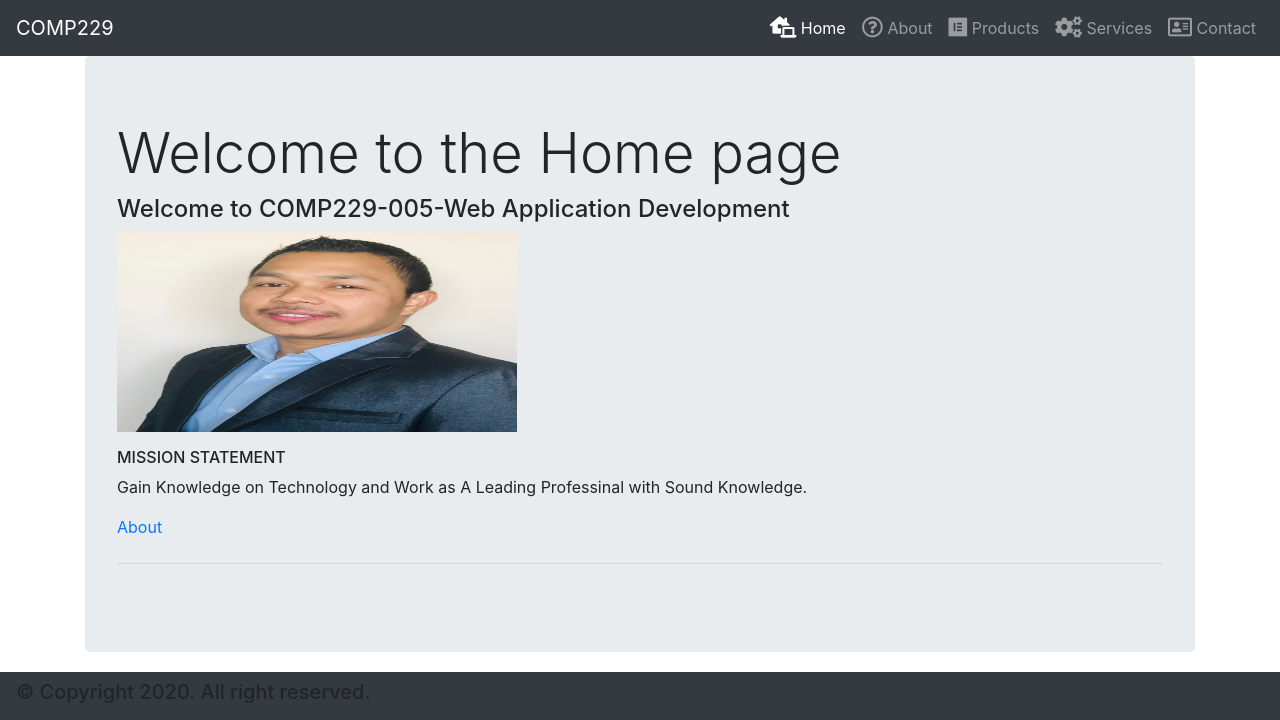
Repository: laxmangothe2020/COMP229Assignment
Page: http://localhost/
These files come from the project's save history. The page is drawn as it stood at one moment and after the next save; the edit follows.
The browser window is 1280 px wide. The pictures show the whole page.
The page is served by the project's Node server (server.js). Other server files are loaded and not shown.

Above is the page before, as saved 2021-02-11 00:47:37.

### views/index.ejs

<%- include partials/header.ejs %>

   <%- include partials/main_nav.ejs %>

      <!-- Main Contain -->
   <main class="container">
    <div class="jumbotron">
    <h1 class="display-4"> Welcome to the <%= title %> page </h1>
    <!--Using Switch case all infornation passed through here-->
      <% switch (title) {
        case 'Home' : %>
        <%- include partials/home.ejs %>
                <% break;

        case 'About' : %>
        <%- include partials/about.ejs %>
                <% break;

        case 'Products' : %>
        <%- include partials/products.ejs %>
                <% break;

        case 'Services' : %>
        <%- include partials/services.ejs %>
                <% break;

        case 'Contact' : %>
        <%- include partials/contact.ejs %>
              <% break;
       } %>
      <hr class="my-4">
    </div>
  </main>

   <%- include partials/bottom_nav.ejs %>


    <%- include partials/footer.ejs %>

### views/partials/header.ejs

<!DOCTYPE html>
<html lang="en">
  <head>
   <meta charset="UTF-8">
   <meta name="viewport" content="with=device-width, initial-scale=1.0">
    <title><%= title %></title>

  <!-- CSS Section-->
  <link rel="stylesheet" href="/bootstrap/dist/css/bootstrap.min.css">
  <link rel="stylesheet" href="/@fortawesome/fontawesome-free/css/all.min.css">
  <link rel='stylesheet' href='/Content/app.css'/>

</head>
<body>

### views/partials/main_nav.ejs
<!-- Main Navigation -->
   <nav class="navbar navbar-expand-lg navbar-dark bg-dark">
      <a class="navbar-brand" href="/">COMP229</a>
      <button class="navbar-toggler" type="button" data-toggle="collapse" data-target="#navbarSupportedContent" aria-controls="navbarSupportedContent" aria-expanded="false" aria-label="Toggle navigation">
       <span class="navbar-toggler-icon"></span>
     </button>

     <div class="collapse navbar-collapse" id="navbarSupportedContent">
        <ul class="navbar-nav ml-auto">

          <% if (title == "Home") { %>
        <li class="nav-item active">
        <% } else { %>
        <li class="nav-item">
        <% } %>
          <a class="nav-link" href="/home"><i class="fas fa-lg fa-laptop-house"></i> Home </a>
        </li>

        <% if (title == "About") { %>
          <li class="nav-item active">
          <% } else { %>
          <li class="nav-item">
          <% } %>
        <a class="nav-link" href="/about"><i class="far fa-lg fa-question-circle"></i> About </a>
        </li>

        <% if (title == "Products") { %>
          <li class="nav-item active">
          <% } else { %>
          <li class="nav-item">
          <% } %>
        <a class="nav-link" href="/products"><i class="fab fa-lg fa-elementor"></i> Products </a>
        </li>

        <% if (title == "Services") { %>
          <li class="nav-item active">
          <% } else { %>
          <li class="nav-item">
          <% } %>
        <a class="nav-link" href="/services"><i class="fas fa-lg fa-cogs"></i> Services </a>
        </li>

        <% if (title == "Contact") { %>
          <li class="nav-item active">
          <% } else { %>
          <li class="nav-item">
          <% } %>
        <a class="nav-link" href="/contact"><i class="far fa-lg fa-address-card"></i> Contact </a>

        </li>

      </div>
    </nav>

### views/partials/home.ejs
<body>

    <div class="content">
        <h4>Welcome to COMP229-005-Web Application Development</h4>
        <img src="./Assets/images/lax.jpeg" width="400" height="200" >
        <p>
            <h6> MISSION STATEMENT</h6> Gain Knowledge on Technology and Work as A Leading Professinal with Sound Knowledge.
        </p>
        <p>
            <a href="/about"> About </a>
        </p>
    </div>

</body>

### views/partials/about.ejs

         <div id="contentEditable">


                    <div style="background-color: #C0C0C0;margin-bottom: 10px">
                        <h3 style="padding-left: 40px;padding-top:20px;color: #AA7439"> About Me </h3>
                        <div style="width: 100%;height:100%;background-color:#C0C0C0;">
                            <img src="./Assets/images/laxman.jpeg" alt="Security for Life" width="175" style="float: right;margin-left: 30px;margin-right:30px">
                           <p style="padding-left:15px; padding-right: 10px; color:#696969;margin:20px;text-align: justify;line-height:1.7;padding-bottom: 20px;">
                             &nbsp;&nbsp;&nbsp;&nbsp;&nbsp;&nbsp;&nbsp;&nbsp;The Civil Homes REALTORS® is a small, family owned real estate company with full-time Professional REALTORS®. We have been in business in Madison since 1990 and have helped hundreds of people and families buy and sell homes throughout the years all over Madison, Dane County and the surrounding counties. The Civil Homes REALTORS® is licensed in the State of Toronto.
                             <br>
                             <br>&nbsp;&nbsp;&nbsp;&nbsp;&nbsp;&nbsp;&nbsp;&nbsp;We pride ourselves on the quality of service that we provide, not the quantity that we sell. We find that our clients are extremely satisfied with the services we provide, because they know that our first concern is always their best interests. The wants and needs of our clients are always at the forefront of our business practices and are the driving force behind all that we do.
                             <br>&nbsp;&nbsp;&nbsp;&nbsp;&nbsp;&nbsp;&nbsp;&nbsp;We pride ourselves on the quality of service that we provide, not the quantity that we sell.
                           </p>
                       </div>


                    </div>
        </div>
<p><a href="/public/PDF/resume.pdf"> Resume </a></button></p>

### views/partials/products.ejs
<div class="row">
    <div class="column">
        <img src="./Assets/images/mobile.jpg" width="350" height="250" >
        <p> The main purpose to develop this project is<br>
            to roll the dice. we have two diaces here, <br>
            when we click on the roll button, it shows<br>
            the number and also shows the total number<br>
            by adding the number of both dice.</p>
    </div>
    <div class="column">
        <img src="./Assets/images/game.jpg" width="350" height="250" >
        <p> This is the Slot Machine Project. The main<br>
            purpose to develop this project is to show<br>
            how the jackpot works. When we bet  amount<br>
            and play,it shows either we win the game or<br>
            loose. It shows credic, balance and jackpot.</p>
    </div>
    <div class="column">
        <img src="./Assets/images/software.jpg" width="350" height="250" >
        <p> This is a 5 page project of Web Application<br>
            The main purpose to develop this project is <br>
            to run multi-pages and show the importance <br>
            of each pages. Home, About, Products, Services<br>
            and Contact pages are the pages of this project</p>
    </div>
 </div>

### views/partials/services.ejs
<div class="row">
    <div class="column">
        <img src="./Assets/images/qualityassurance.jpg" width="350" height="250" >
    </div>
    <div class="column">
        <img src="./Assets/images/softwaredev.jpg" width="350" height="250" >
    </div>
    <div class="column">
        <img src="./Assets/images/technical.jpg" width="350" height="250" >
    </div>
    <h3>Our Services:</h3> <br>
        <p>We work for several aspects of IT related tasks. Our Main purpose is to make sure on the Quality of our products.
            Similarly, Web designing, coding by using C#, JavaScript, Database are our major focus. We provide service to the customer
            in a fast paced way. All the customers are happy with our Service.
        </p>
</div>

### views/partials/contact.ejs
<div class="container">
    <h1 class="display-5">CONTACT FIELD</h1>
    <div id="errorMessage" class="alert alert-danger" role="alert" hidden>

    </div>
    <hr>
    <form id="conactForm">
      <div class="form-group">
        <label for="firstName">First Name</label>
        <input type="text" class="form-control" id="firstName" name="firstName" aria-describedby="firstName"
        placeholder="Enter First Name" required autofocus>
      </div>

      <div class="form-group">
        <label for="lastName">Last Name</label>
        <input type="text" class="form-control" id="lastName" name="lastName" aria-describedby="lastName"
        placeholder="Enter Last Name" required>
      </div>

      <div class="form-group">
        <label for="contactNumber">Contact Number</label>
        <input type="tel" class="form-control" id="contactNumber" name="contactNumber" aria-describedby="contactNumber"
        placeholder="Enter Contact Number" required>
      </div>

      <div class="form-group">
        <label for="emailAddress">Email address</label>
        <input type="email" class="form-control" id="emailAddress" name="emailAddress" aria-describedby="emailAddress"
        placeholder="Enter Email" required>
      </div>

      <div class="form-group">
        <label for="shortMessage">Your Message</label>
        <textarea class="form-control" id="shortMessage"  name="shortMessage" rows="3" aria-describedby="shortMessage" placeholder="--If you have Short message, please write here--" required></textarea></textarea>
      </div>

      <a href="/"><button type="button" value="Submit"class="btn btn-primary btn-lg"><i class="fas fa-file-import"></i>Send</button></a>
      <!--<button id="submitButton" type="submit" class="btn btn-primary btn-lg"><i class="fas fa-share-square"></i> Send</button> -->
      <button id="resetButton" type="reset" class="btn btn-warning btn-lg"><i class="fas fa-redo"></i> Reset</button>
      <br>
      <br>
      <br>
    </form>

  </div>

### views/partials/bottom_nav.ejs
<!-- Bottom Nav -->

    <footer>
       <nav class="navbar fixed-bottom navbar-dark bg-dark">
           <h5 class="display-6 navbar.text">&copy; Copyright 2020. All right reserved.</h5>
       </nav>

    </footer>

### views/partials/footer.ejs
<!-- Script Section-->
    <script src="/jquery/dist/jquery.min.js"></script>
    <script src="/bootstrap/dist/js/bootstrap.min.js"></script>
    <script src="/Scripts/app.js"></script>
 </body>
</html>

### server.js
#!/usr/bin/env node

/**
 * Module dependencies.
 */

let app = require('./app');
let debug = require('debug')('week4:server');
let http = require('http');

/**
 * Get port from environment and store in Express.
 */

let port = normalizePort(process.env.PORT || '3000');
app.set('port', port);

/**
 * Create HTTP server.
 */

let server = http.createServer(app);

/**
 * Listen on provided port, on all network interfaces.
 */

server.listen(port);
server.on('error', onError);
server.on('listening', onListening);

/**
 * Normalize a port into a number, string, or false.
 */

function normalizePort(val) {
  let port = parseInt(val, 10);

  if (isNaN(port)) {
    // named pipe
    return val;
  }

  if (port >= 0) {
    // port number
    return port;
  }

  return false;
}

/**
 * Event listener for HTTP server "error" event.
 */

function onError(error) {
  if (error.syscall !== 'listen') {
    throw error;
  }

  let bind = typeof port === 'string'
    ? 'Pipe ' + port
    : 'Port ' + port;

  // handle specific listen errors with friendly messages
  switch (error.code) {
    case 'EACCES':
      console.error(bind + ' requires elevated privileges');
      process.exit(1);
      break;
    case 'EADDRINUSE':
      console.error(bind + ' is already in use');
      process.exit(1);
      break;
    default:
      throw error;
  }
}

/**
 * Event listener for HTTP server "listening" event.
 */

function onListening() {
  let addr = server.address();
  let bind = typeof addr === 'string'
    ? 'pipe ' + addr
    : 'port ' + addr.port;
  debug('Listening on ' + bind);
}

### routes/index.js
var express = require('express');
var router = express.Router();

/* GET home page. */
router.get('/', function(req, res, next) {
  res.render('index', { title: 'Home'});
});

/* GET home page. */
router.get('/home', function(req, res, next) {
  res.render('index', { title: 'Home'});
});

/* GET About page. */
router.get('/about', function(req, res, next) {
  res.render('index', { title: 'About'});
});

/* GET Products page. */
router.get('/products', function(req, res, next) {
  res.render('index', { title: 'Products'});
});

/* GET Services page. */
router.get('/services', function(req, res, next) {
  res.render('index', { title: 'Services'});
});


/* GET Contact us page. */
router.get('/contact', function(req, res, next) {
  res.render('index', { title: 'Contact'});
});

module.exports = router;

### app.js
//installed third party packages
let createError = require('http-errors');
let express = require('express');
let path = require('path');
let cookieParser = require('cookie-parser');
let logger = require('morgan');

let indexRouter = require('./routes/index');
let usersRouter = require('./routes/users');

let app = express();

// view engine setup
app.set('views', path.join(__dirname, 'views'));
app.set('view engine', 'ejs');

app.use(logger('dev'));
app.use(express.json());
app.use(express.urlencoded({ extended: false }));
app.use(cookieParser());
app.use(express.static(path.join(__dirname, 'public')));
app.use(express.static(path.join(__dirname, 'node_modules')));

app.use('/', indexRouter);
app.use('/users', usersRouter);
app.use('/public/images', express.static('./public/images') ) ;
app.use('/public/PDF', express.static('./public/PDF'));
app.use('/views/partials', express.static('./views/partials'));


// catch 404 and forward to error handler
app.use(function(req, res, next) {
  next(createError(404));
});

// error handler
app.use(function(err, req, res, next) {
  // set locals, only providing error in development
  res.locals.message = err.message;
  res.locals.error = req.app.get('env') === 'development' ? err : {};

  // render the error page
  res.status(err.status || 500);
  res.render('error');
  res.render('error', {title: 'Error'});
});

module.exports = app;

### public/Content/app.css
/* Custom CSS goes here */

### public/Scripts/app.js
// IIFE
(function(){
    function start()
    {
        console.log("App started...")
    }
    window.addEventListener("load", start);

})();

After the next save:
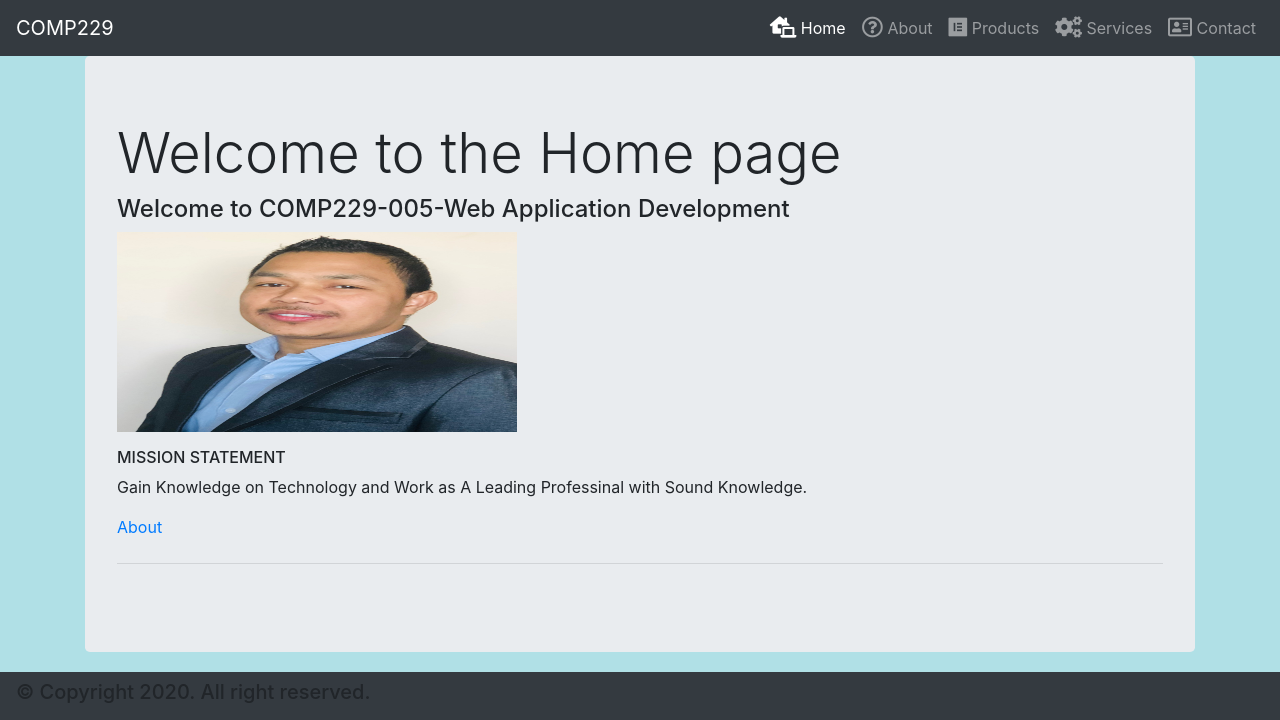
Saved 48 s later.
--- a/views/partials/bottom_nav.ejs
+++ b/views/partials/bottom_nav.ejs
@@ -1,8 +1,9 @@
 <!-- Bottom Nav -->
 
     <footer>
+    <body style="background-color:powderblue;">
        <nav class="navbar fixed-bottom navbar-dark bg-dark">
            <h5 class="display-6 navbar.text">&copy; Copyright 2020. All right reserved.</h5>
        </nav>
-
+       </body>
     </footer>
